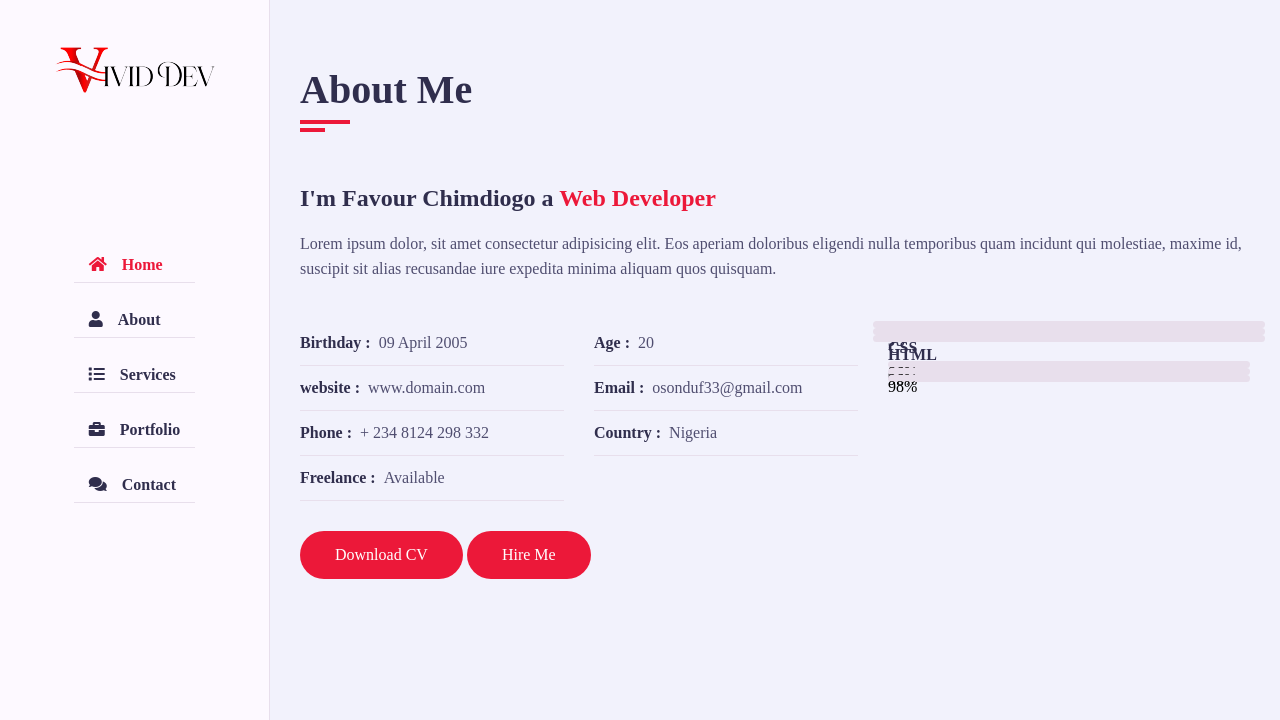
Repository: Big-Fave1/vivid-dev-portfolio
Page: build/index.html
An editor plug-in stored every save of this project. The page is shown before and after the next save, followed by the edit.
The browser window is 1280 px wide. The pictures show the whole page.
Some web fonts or font styles are not loaded; a fallback is used.

Above is the page before, as saved 2025-05-30 14:29:16.

### build/index.html
<!DOCTYPE html>
<html lang="en">
<head>
    <meta charset="UTF-8">
    <meta name="viewport" content="width=device-width, initial-scale=1.0">
    <title>Vivid Dev Portfolio</title>
    <link rel="stylesheet" href="css/style.css">
    <link rel="stylesheet" href="css/color-1.css">
    <link rel="stylesheet" href="https://cdnjs.cloudflare.com/ajax/libs/font-awesome/5.15.4/css/all.min.css">
</head>
<body>
    <!--- ==== main container Start==== -->
    <div class="main-container"></div>
    <!--- ==== Aside Start === -->
    <div class="aside">
        <div class="logo">
        <a href="#"><img src="img/vivid 3.png" alt=""></a>
        </div>
        <div class="nav-toggler">
            <i class="fa fa-bars" aria-hidden="true"></i>
        </div>
        <ul class="nav">
            <li><a href="#" class="active"><i class="fa fa-home"></i>Home</a></li>
            <li><a href="#"><i class="fa fa-user"></i>About</a></li>
            <li><a href="#"><i class="fa fa-list"></i>Services</a></li>
            <li><a href="#"><i class="fa fa-briefcase"></i>Portfolio</a></li>
            <li><a href="#"><i class="fa fa-comments"></i>Contact</a></li>
        </ul>
    </div>
    <!--- ==== Aside End === -->
    <!--- ==== Main content Start === -->
    <div class="main-content">
        <!--- === Home Section Start === -->
        <section class="home section hidden">
            <div class="container">
                <div class="row">
                    <div class="home-info padd-15">
                        <h3 class="hello">Hello, my name is <span class="name">Favour Chimdiogo</span></h3>
                        <h3 class="my-profession">I'm a <Span class="typing">Web Developer</Span></h3>
                        <p>I'm a web designer with extensive experience for over a year.My expertise is to create a website design, and many more...</p>
                    <a href="#contact" class="btn hire-me">Hire Me</a>
                    </div>
                    <div class="home-img padd-15">
                        <img src="img/home image.jpg" alt="">
                    </div>
                </div>
            </div>
        </section>
    <!--- === Home Section End === -->
    <!--- === About  Section Start === -->
        <section class="about section">
            <div class="container">
                <div class="row">
                    <div class="section-title padd-15">
                        <h2>About Me</h2>
                    </div>
                </div>
                <div class="row">
                    <div class="about-content padd-15">
                        <div class="row">
                            <div class="about-text padd-15">
                                <h3>I'm Favour Chimdiogo a <span>Web Developer</span></h3>
                                <p>Lorem ipsum dolor, sit amet consectetur adipisicing elit. Eos aperiam doloribus eligendi nulla temporibus quam incidunt qui molestiae, maxime id, suscipit sit alias recusandae iure expedita minima aliquam quos quisquam.</p>
                            </div>
                        </div>
                        <div class="row">
                            <div class="personal-info padd-15">
                                <div class="row">
                                    <div class="info-item padd-15">
                                        <p>Birthday : <span>09 April 2005</span></p>
                                    </div>
                                    <div class="info-item padd-15">
                                        <p>Age : <span>20</span></p>
                                    </div>
                                    <div class="info-item padd-15">
                                        <p>website : <span>www.domain.com</span></p>
                                    </div>
                                    <div class="info-item padd-15">
                                        <p>Email : <span>osonduf33@gmail.com</span></p>
                                    </div>
                                    <div class="info-item padd-15">
                                        <p>Phone : <span>+ 234 8124 298 332</span></p>
                                    </div>
                                    <div class="info-item padd-15">
                                        <p>Country : <span>Nigeria</span></p>
                                    </div>
                                    <div class="info-item padd-15">
                                        <p>Freelance : <span>Available</span></p>
                                    </div>
                                </div>
                                <div class="row">
                                    <div class="buttons padd-15">
                                        <a href="#" class="btn">Download CV</a>
                                        <a href="#contact" class="btn hire-me padd-15">Hire Me</a>
                                    </div>
                                </div>
                            </div>
                            <div class="skills padd-15">
                                <div class="row">
                                    <div class="skill-item  padd-15">
                                        <h5>JS</h5>
                                        <div class="progress">
                                            <div class="progress-in" style="width: 86%;"></div>
                                            <div class="skill-percent">86%</div>
                                        </div>
                                    </div>
                                    <div class="skill-item  padd-15">
                                        <h5>CSS</h5>
                                        <div class="progress">
                                            <div class="progress-in" style="width: 96%;"></div>
                                            <div class="skill-percent">96%</div>
                                        </div>
                                    </div>
                                    <div class="skill-item  padd-15">
                                        <h5>HTML</h5>
                                        <div class="progress">
                                            <div class="progress-in" style="width: 98%;"></div>
                                            <div class="skill-percent">98%</div>
                                        </div>
                                    </div>
                                </div>
                            </div>
                        </div>
                    </div>
                </div>
            </div>
        </section>
    <!--- === About  Section End === -->
    </div>
    <!--- ==== Main content End === -->
    <!--- ====main container End === -->
</body>
</html>

### build/css/style.css

@import url('https://fonts.googleapis.com/css2?family=Clicker+Script&family=Poppins:ital,wght@0,100;0,200;0,300;0,400;0,500;0,600;0,700;0,800;0,900;1,100;1,200;1,300;1,400;1,500;1,600;1,700;1,800;1,900&display=swap');


:root
{
    --bg-black-900:#f2f2fc;
    --bg-black-100:#fdf9ff;
    --bg-black-50:#e8dfec;
    --text-black-900:#302e4d;
    --text-black-700:#504e70;

}

body
{
    line-height:1.5;
    font-size:16px;
    font-family: 'Poppins'sans-serif;
}

*
{
    margin: 0;
    padding: 0;
    outline:none;
    text-decoration:none;
    text-decoration:none;
    box-sizing: border-box;
}
::before, ::after
{
    box-sizing:border-box;
}
ul
{
    list-style: none;
}
.section
{
    background:var(--bg-black-900);
    min-height: 100vh;
    display: block;
    padding: 0 30px;
    opacity: 1;
}
.hidden
{
    display: none !important;
}
.main-content
{
    padding-left: 270px;
}
.padd-15
{
    padding-left: 15px;
    padding-right: 15px;
}
.container{
    max-width: 1100px;
    width: 100%;
    margin: auto;
}
.section .container
{
    padding-top: 60px;
    padding-bottom: 70px;

}
.section-title
{
    flex: 0 0 100%;
    max-width: 100%;
    margin-bottom: 60px;

}
.section-title h2
{
    font-size: 40px;
    color: var(--text-black-900);
    font-weight: 700;
    position: relative;
}
.section-title h2::before
{
   content: '';
   height: 4px;
   width: 50px;
   background-color: var(--skin-color);
   position: absolute;
   top: 100%;
   left: 0;
}
.section-title h2::after
{
   content: '';
   height: 4px;
   width: 25px;
   background-color: var(--skin-color);
   position: absolute;
   top: 100%;
   left: 0;
   margin-top:8px;
}
.row
{
    display: flex;
    flex-wrap: wrap;
    margin-left: -15px;
    margin-right: -15px;
    position: relative;
}
.btn
{
    font-size: 16px;
    font-weight: 500;
    padding: 12px 35px;
    background: var(--skin-color);
    color: white;
    border: none;
    display: inline-block;
    white-space: nowrap;
    transition: all 0.3s ease;
    border-radius:40px;
}
.btn:hover
{
    transform: scale(1.05);
}
/* aside */
.aside
{
width: 270px;
background:var(--bg-black-100);
position: fixed;
left: 0;
top: 0;
padding: 30px;
height: 100%;
border-right:1px solid var(--bg-black-50);
z-index: 10;
display: flex;
justify-content: center;
align-items: center;
}
.aside .logo
{
    position: absolute;
    top: -30px;
    ;
}
.aside .logo a
{
    color: var(--bg-black-900);
    font-weight: 700;
    padding: 15px 20px;
    font-size: 30px;
    position: relative;
}
/*.aside .logo a span
.aside .logo a:before
{
    content:'';
    position: absolute;
    width: 20px;
    height: 20px;
    border-bottom: 5px solid var(--skin-color);
    border-left: 5px solid var(--skin-color);
    bottom: 0;
    left: 0;

}
.aside .logo a:after
{
    content:'';
    position: absolute;
    width: 20px;
    height: 20px;
    border-top: 5px solid var(--skin-color);
    border-right: 5px solid var(--skin-color);
    top: 0;
    right: 0;

}
    */
.aside .nav-toggler
{
    height: 40px;
    width: 45px;
    border: 1px solid var(--bg-black-50);
    cursor: pointer;
    position: fixed;
    left: 300px;
    top: 20px;
    color: var(--skin-color);
    border-radius: 5px;
    background:var(--bg-black-100);
    display: none;
    align-items:center;
    justify-content: center;
}
.aside .nav
{
    margin-top: 50px;
}
.aside .nav li
{
    margin-bottom: 20px;
    display: block;
}
.aside .nav li a
{
    font-size: 16px;
    font-weight: 600;
    display: block;
    border-bottom:1px solid var(--bg-black-50);
    color:var(--text-black-900);
    padding: 5px 15px;
}
.aside .nav li a.active
{
    color:var(--skin-color);
}
.aside .nav li a i
{
    margin-right: 15px;

}
/* home*/
.home
{
    min-height: 100vh;
    display: flex;
    color: var(--text-black-900);

}
.home-info
{
    flex: 0 60%;
    max-width: 60%;
}
h3.hello
{
    font-size: 28px;
    margin: 15PX 0;
}
h3.hello span
{
    font-family: 'clicker script', cursive;
    font-size: 30px;
    font-weight: 700;
    color:var(--skin-color);
}
h3.my-profession
{
    font-size:30px;
    margin: 15px 0;
}
.typing
{
    color: var(--skin-color);
}
.home-info p
{
    margin-bottom: 70px;
    font-size: 20px;
    color: var(--text-black-700);
}
.home .home-img
{
    flex: 0 0 40%;
    max-width: 40%;
    text-align: center;
    position: relative;
}
.home-img::after
{
    content: '';
    position: absolute;
    height: 80px;
    width: 80px;
    right: 20px;
    bottom: -40px;
    border-bottom: 10px solid var(--skin-color);
    border-right: 10px solid var(--skin-color);
}
.home-img::before
{
    content: '';
    position: absolute;
    height: 80px;
    width: 80px;
    left: -20px;
    top: -40px;
    border-top: 10px solid var(--skin-color);
    border-left: 10px solid var(--skin-color);
}
.home .home-img img
{
    margin: auto;
    border-radius:5px;
    height: 400px;
}
/* About */
.about .about-content
{
    flex: 0 0 100%;
    max-width: 100%;
}
.about .about-content .about-text
{
    flex: 0 0 100%;
    max-width: 100%;
}
.about .about-content .about-text h3
{
    font-size: 24px;
    margin-bottom: 15px;
    font-weight: 700;
    color:var(--text-black-900);
}
.about .about-content .about-text h3 span
{
    color:var(--skin-color);
}
.about .about-content .about-text p
{
    font-size:16px;
    line-height: 25px;
    color: var(--text-black-700);
}
.about .about-content .personal-info
{
    flex: 0 0 60%;
    max-width: 60%;
    margin-top: 40px;
}
.about .about-content .personal-info .info-item p
{
    font-weight: 600;
    padding: 10px 0;
    font-size: 16px;
    color: var(--text-black-900);
    border-bottom: 1px solid var(--bg-black-50);
}
.about .about-content .personal-info .info-item p span
{
    font-weight: 400;
    color: var(--text-black-700);
    margin-left: 4px;
    display: inline-block;
}
.about .about-content .personal-info .info-item
{
    flex: 0 0 50%;
    max-width: 50%;
}
.about .about-content .personal-info .buttons
{
    margin-top: 30px;

}
.about .about-content .personal-info .buttons.btn
{
    margin-right: 30px;
    margin-top: 10px;

}
.about .about-content .skills
{
    flex: 0 0 40%;
    max-width: 40%;
    margin-top: 40px;
}
.about .about-content .skills .skill-item
{
    flex: 0 0 100%;
    max-width: 100%;
}
.about .about-content .skills .skill-item h5
{

    line-height: 40px;
    font-weight: 600;
    font-size: 16px;
    color: var(--text-black-900);
    text-transform: capitalize;
}
.about .about-content .skills .skill-item .progress
{
    background-color: var(--bg-black-50);
    height: 7px;
    border-radius:  4px;
    width: 100%;
}
.about .about-content .skills .skill-item
{
    background-color: var(--bg-black-50);
    height: 7px;
    border-radius:  4px;
    width: 100%;
}

### build/css/color-1.css

:root
{
    --skin-color:#ec1839;
}

After the next save:
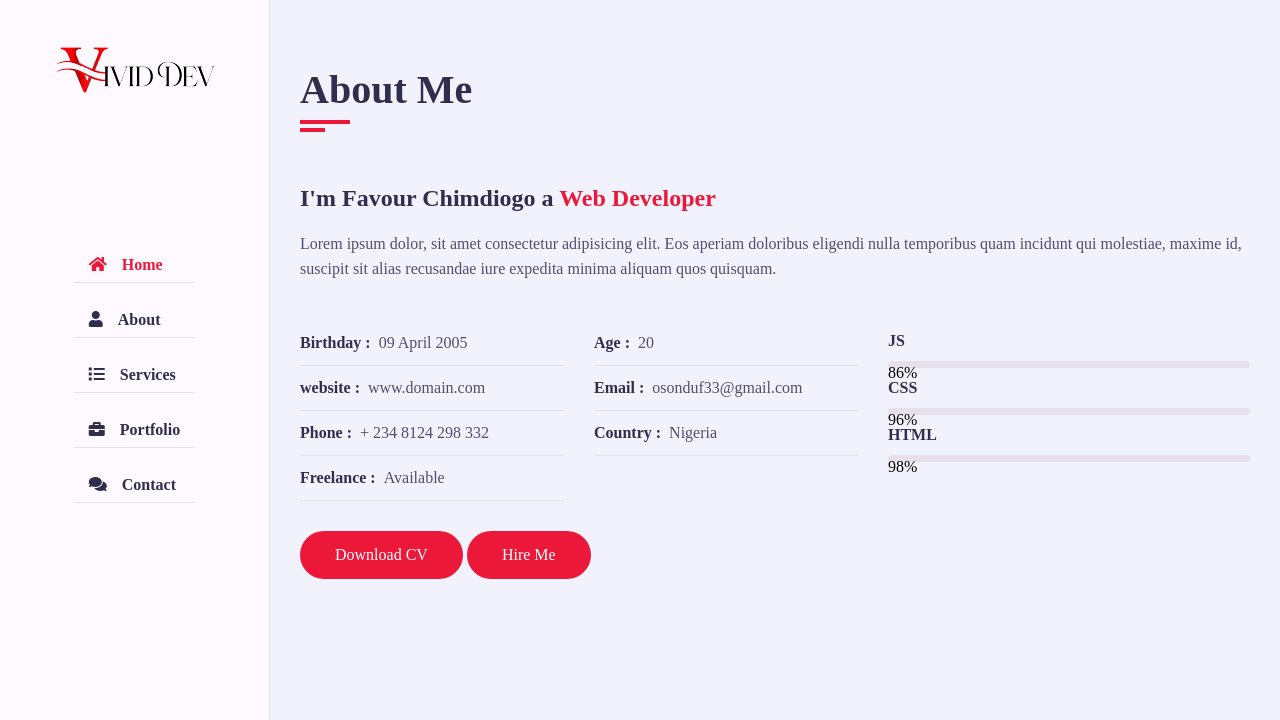
Saved 7 s later.
--- a/build/css/style.css
+++ b/build/css/style.css
@@ -394,7 +394,7 @@ h3.my-profession
     border-radius:  4px;
     width: 100%;
 }
-.about .about-content .skills .skill-item
+.about .about-content .skills .skill-item .progress
 {
     background-color: var(--bg-black-50);
     height: 7px;
